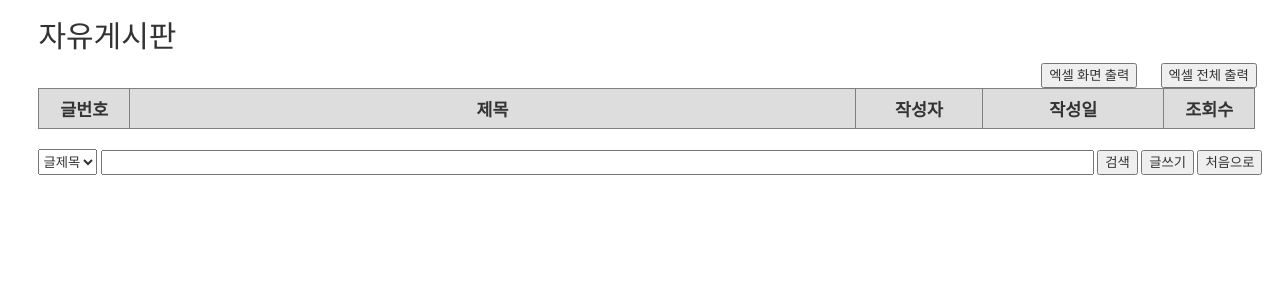
Repository: sser98/bowtech
Page: http://localhost/Board/WEB-INF/views/tiles1/board/list.jsp
These files come from the project's save history. The page is drawn as it stood at one moment and after the next save; the edit follows.
The browser window is 1280 px wide. The pictures show the whole page.
The page is served by Tomcat 9. Nobody is signed in. Other server files are loaded and not shown. The template is opened directly, without the code that normally fills it, so the values that code supplies are empty.

Above is the page before, as saved 2021-03-09 08:47:14.

### Board/src/main/webapp/WEB-INF/views/tiles1/board/list.jsp
<%@ page language="java" contentType="text/html; charset=UTF-8"
    pageEncoding="UTF-8"%>

<%@ taglib prefix="c" uri="http://java.sun.com/jsp/jstl/core" %>
<%@ taglib prefix="fmt" uri="http://java.sun.com/jstl/fmt" %>
<%@ taglib prefix="fn" uri="http://java.sun.com/jsp/jstl/functions" %>
<% String ctxPath = request.getContextPath(); %>

  <script src="https://ajax.googleapis.com/ajax/libs/jquery/3.5.1/jquery.min.js"></script>
  <script src="https://maxcdn.bootstrapcdn.com/bootstrap/3.4.1/js/bootstrap.min.js"></script>
  <link rel="stylesheet" href="https://maxcdn.bootstrapcdn.com/bootstrap/3.4.1/css/bootstrap.min.css">

<style type="text/css">

	* {
		font-family: "제주고딕";
		font-size: 10pt;
	}

	th {
		font-size: 13pt;
	}

	td {
		font-family: "제주고딕";
		font-size: 10pt;
	}

   table, th, td {border: solid 1px gray;}


    #table {width: 98%; border-collapse: collapse;}
    #table th, #table td {padding: 5px;}
    #table th {background-color: #DDD;}
    .subjectStyle {font-weight: bold;
                   color: navy;
                   cursor: pointer;}


    #searchWord {
    	width: 80%;
    }

    tr {
    	height: 30pt;
    }

    div#mycontent {
	    min-height: 600px;
	    padding-top: 20px;
    }

</style>

<script type="text/javascript">

   $(document).ready(function(){


      $("span.subject").bind("mouseover", function(event){
         var $target = $(event.target);
         $target.addClass("subjectStyle");

      });


      $("span.subject").bind("mouseout", function(event){
         var $target = $(event.target);
         $target.removeClass("subjectStyle");
      });


      $("input#searchWord").keyup(function(event){
         if(event.keyCode == 13) {
            // 엔터를 했을 경우
            goSearch();
         }

      });

      $("div#displayList").hide();

     // === #107. 검색어 입력시 자동글 완성하기 2 === //
      $("div#displayList").hide();
      $("input#searchWord").keyup(function(){

         var wordLength = $(this).val().length;
         // 검색어의 길이를 알아온다.

         if(wordLength == 0) {
            $("div#displayList").hide();
            // 검색어 입력후 백스페이스키를 눌러서 검색어를 모두 지우면 검색된 내용이 안 나오도록 해야 한다.
         }

         else {
            $.ajax({
               url:"<%= request.getContextPath()%>/wordSearchShow.action",
               type:"GET",
               data:{"searchType":$("select#searchType").val()
                   ,"searchWord":$("input#searchWord").val()},
               dataType:"JSON",
               success:function(json){
                  // === #112. 검색어 입력시 자동글 완성하기 7 === //
                  if(json.length > 0) {
                     // 검색된 데이터가 있는 경우임.

                     var html = "";

                     $.each(json, function(index, item){
                        var word = item.word;
                        var index = word.toLowerCase().indexOf($("input#searchWord").val().toLowerCase());
                        var len = $("input#searchWord").val().length;
                        var result = "<span style='color:blue;'>"+word.substr(0, index)+"</span><span style='color:red;'>"+word.substr(index, len)+"</span><span style='color:blue;'>"+word.substr(index+len)+"</span>";
                        html += "<span style='cursor:pointer;' class='result'>"+result+"</span><br>";
                     });

                     $("div#displayList").html(html);
                     $("div#displayList").show();

                  }
               },

               error: function(request, status, error){
                  alert("code: "+request.status+"\n"+"message: "+request.responseText+"\n"+"error: "+error);
                }
            });
         }

      });// end of $("input#searchWord").keyup()-----------------


     // === #113. 검색어 입력시 자동글 완성하기 8 === //
      $(document).on("click",".result",function(){
         var word = $(this).text();
         $("input#searchWord").val(word); // 텍스트박스에 검색된 결과의 문자열을 입력해준다.
         $("div#displayList").hide();
         goSearch();
      });



      // 검색시 검색조건 및 검색어 값 유지시키기
      if( ${not empty paraMap} ) {  // 또는 if( ${paraMap != null} ) {
         $("select#searchType").val("${paraMap.searchType}");
         $("input#searchWord").val("${paraMap.searchWord}");
      }




	   ///// === Excel 파일로 다운받기 시작 === /////
	   $("button#btnAllExcel").click(function(){


		   alert("AllExcel을 클릭 하였습니다.");
		   var frm = document.searchFrm;
		   frm.method = "POST";
		   frm.action = "<%= request.getContextPath()%>/downloadExcelFile.action";
		   frm.submit();
	   });

	   ///// === Excel 파일로 다운받기 끝 === /////

	   ///// === Excel 파일로 다운받기 시작 === /////
	   $("button#btnPageExcel").click(function(){

		   $("input#downLoadType").val("Y");
		   alert("PageExcel을 클릭 하였습니다.");
		   var frm = document.searchFrm;
		   frm.method = "POST";
		   frm.action = "<%= request.getContextPath()%>/downloadExcelFile.action";
		   frm.submit();

		   $("input#downLoadType").val("");
	   });

	   ///// === Excel 파일로 다운받기 끝 === /////

   });// end of $(document).ready(function(){})-------------------


   function goView(seq) {

      // === #124. 페이징 처리되어진 후 특정 글제목을 클릭하여 상세내용을 본 이후
      //           사용자가 목록보기 버튼을 클릭했을때 돌아갈 페이지를 알려주기 위해
      //           현재 페이지 주소를 뷰단으로 넘겨준다.
      var frm = document.goViewFrm;
      frm.seq.value = seq;

      var word=$("input#searchWord").val();
      var type=$("select#searchType").val();

      $("input[name=type]").val(type);
      $("input[name=word]").val(word);

      frm.method = "GET";
      frm.action = "<%= ctxPath%>/view.action";
      frm.submit();

   }// end of function goView(seq){}----------------------------------------------


   function goSearch() {
      var frm = document.searchFrm;
      frm.method = "GET";
      frm.action = "<%= request.getContextPath()%>/list.action";
      frm.submit();
   }// end of function goSearch() {}-----------------------


   function Write() {

	   location.href="<%=ctxPath%>/add.action";
   }


   function list() {

	   location.href="<%=ctxPath%>/list.action";
   }








</script>


<div style="padding-left: 3%;">
   <h2 style="margin-top: 20px;">자유게시판</h2>
   	<button id="btnAllExcel" title="엑셀 화면 출력" style="float: right; margin-right: 17.4pt;">엑셀 전체 출력</button>
   	<button id="btnPageExcel" title="엑셀 전체 출력" style="float: right; margin-right: 17.4pt;">엑셀 화면 출력</button>
   <table id="table">

      <tr>
         <th class="number" style="width: 50px;  text-align: center;">글번호</th>
         <th class="title"  style="width: 400px; text-align: center;">제목</th>
         <th class="author" style="width: 70px;  text-align: center;">작성자</th>
         <th class="registerdate" style="width: 100px; text-align: center;">작성일</th>
         <th class="viewcount" style="width: 50px;  text-align: center;">조회수</th>
      </tr>



      <c:forEach var="boardvo" items="${boardList}" varStatus="i">

	      <c:set var="subjectVal" value="${boardvo.subject}"/>
	      <c:set var="date" value="${boardvo.regDate}"/>
	      <c:set var="status" value="${boardvo.status}"/>
	      <c:set var="m" value="${i.index}"/>
	      <c:set var="num" value="${number-m}"/>

        <%-- === 글이 삭제된 경우 === --%>
        <c:choose>
	        <c:when test="${boardvo.status == 0}">
	        	<tr>
            	<td align="center">${num}</td>
	          	<td align="left">

	               <%-- 답변글이 아닌 원글인 경우 --%>
	               <c:if test="${boardvo.depthno == 0}">
							<span class="subject" style="color: gray;">작성자에 의해 삭제된 글입니다.</span>
	               </c:if>

	               <%-- 답변글인 경우 --%>
	               <c:if test="${boardvo.depthno > 0}">
	                  <span class="subject" style="color: gray;"><span style=" font-style: italic; padding-left: ${boardvo.depthno * 20}px;">└Re&nbsp;</span>작성자에 의해 삭제된 글입니다.</span>
	               </c:if>
	            </td>

	             <%-- === 댓글쓰기 및 답변형 및 파일첨부가 있는 게시판 끝 === --%>
			     <td align="center"><c:out value="${boardvo.name}"></c:out></td>
			     <td align="center">${fn:substring(date,0,10)}</td>
			     <td align="center">${boardvo.readCount}</td>
			  </tr>
	      	 </c:when>

	      	 <c:otherwise>
	      		<tr>
            	<td align="center">${num}</td>
	          	<td align="left">

			          <%-- === 댓글쓰기 및 답변형 및 파일첨부가 있는 게시판 시작 === --%>

			          <%-- 첨부파일이 없는 경우 --%>
			          <c:if test="${boardvo.fileName eq '0'}">
			               <%-- 답변글이 아닌 원글인 경우 --%>
			               <c:if test="${boardvo.depthno == 0}">
			                  <c:if test="${boardvo.commentCount > 0}">
									<span class="subject" onclick="goView('${boardvo.seq}')"><c:out value="${subjectVal}"></c:out><span style="vertical-align: super;">[<span style="color: red; font-size: 9pt; font-style: italic; font-weight: bold;">${boardvo.commentCount}</span>]</span> </span>
			                  </c:if>

			                  <c:if test="${boardvo.commentCount == 0}">

			                  	<c:choose>
			                  	<c:when test="${fn:length(subjectVal) > 60}">
			                  		<span class="subject" onclick="goView('${boardvo.seq}')"><c:out value=" ${fn:substring(subjectVal,0,60)}..."></c:out> </span>
			                  	</c:when>

			                  	<c:otherwise>
			                  		<span class="subject" onclick="goView('${boardvo.seq}')"><c:out value="${boardvo.subject}"></c:out></span>
			                  	</c:otherwise>
			                  	</c:choose>
			                </c:if>
			          </c:if>


			               <%-- 답변글인 경우 --%>
			               <c:if test="${boardvo.depthno > 0}">

			                  <c:if test="${boardvo.commentCount > 0}">
			                  <span class="subject" onclick="goView('${boardvo.seq}')"><span style="color: red; font-style: italic; padding-left: ${boardvo.depthno * 20}px;">└Re&nbsp;</span>${boardvo.subject} <span style="vertical-align: super;">[<span style="color: red; font-size: 9pt; font-style: italic; font-weight: bold;">${boardvo.commentCount}</span>]</span> </span>
			                  </c:if>

			                  <c:if test="${boardvo.commentCount == 0}">
			                  <span class="subject" onclick="goView('${boardvo.seq}')"><span style="color: red; font-style: italic; padding-left: ${boardvo.depthno * 20}px;">└Re&nbsp;</span>${boardvo.subject}</span>
			                  </c:if>
			               </c:if>
			          </c:if>


			          <%-- 첨부파일이 있는 경우 --%>
			          <c:if test="${boardvo.fileName ne '0'}">

			               <%-- 답변글이 아닌 원글인 경우 --%>
			               <c:if test="${boardvo.depthno == 0}">

			                  <c:if test="${boardvo.commentCount > 0}">

			                  <span class="subject" onclick="goView('${boardvo.seq}')">${boardvo.subject} <span style="vertical-align: super;">[<span style="color: red; font-size: 9pt; font-style: italic; font-weight: bold;">${boardvo.commentCount}</span>]</span> </span> &nbsp;<img src="<%= request.getContextPath()%>/resources/images/disk.gif" />
			                  </c:if>
			                  <c:if test="${boardvo.commentCount == 0}">
			                  <span class="subject" onclick="goView('${boardvo.seq}')">${boardvo.subject}</span> &nbsp;<img src="<%= request.getContextPath()%>/resources/images/disk.gif" />
			                  </c:if>
			               </c:if>

			               <%-- 답변글인 경우 --%>
			               <c:if test="${boardvo.depthno > 0}">
			                  <c:if test="${boardvo.commentCount > 0}">
			                  <span class="subject" onclick="goView('${boardvo.seq}')"><span style="color: red; font-style: italic; padding-left: ${boardvo.depthno * 20}px;">└Re&nbsp;</span>${boardvo.subject} <span style="vertical-align: super;">[<span style="color: red; font-size: 9pt; font-style: italic; font-weight: bold;">${boardvo.commentCount}</span>]</span> </span> &nbsp;<img src="<%= request.getContextPath()%>/resources/images/disk.gif" />
			                  </c:if>

			                  <c:if test="${boardvo.commentCount == 0}">
			                  <span class="subject" onclick="goView('${boardvo.seq}')"><span style="color: red; font-style: italic; padding-left: ${boardvo.depthno * 20}px;">└Re&nbsp;</span>${boardvo.subject}</span> &nbsp;<img src="<%= request.getContextPath()%>/resources/images/disk.gif" />
			                  </c:if>
			               </c:if>
			          </c:if>


			     </td>
			     		<%-- === 댓글쓰기 및 답변형 및 파일첨부가 있는 게시판 끝 === --%>
			            <td align="center"><c:out value="${boardvo.name}"></c:out></td>
			            <td align="center">${fn:substring(date,0,10)}</td>
			            <td align="center">${boardvo.readCount}</td>
			  </tr>
			 </c:otherwise>
      	</c:choose>
      </c:forEach>
   </table>

   <%-- === #122. 페이지바 보여주기 === --%>
   <div align="center" style="width: 70%; border: solid 0px gray; margin: 20px auto;">
      ${pageBar}
   </div>


   <%-- ~~~~~~~~~~~~~~~~~~~~~~~~~~~~~~~~~~~~~~~~~~~~~~~~~~~
             페이징 처리되어진 후 특정 글제목을 클릭하여 상세내용을 본 이후
        사용자가 목록보기 버튼을 클릭했을때 돌아갈 페이지를 알려주기 위해
        현재 페이지 주소를 뷰단으로 넘겨준다. --%>

   <form name="goViewFrm">
      <input type="hidden" name="seq" />
      <input type="hidden" name="gobackURL" style="width: 100%;" value="${gobackURL}"/>
   </form>

   <%-- === #101. 글검색 폼 추가하기 : 글제목, 글쓴이로 검색을 하도록 한다. === --%>
   <form name="searchFrm"  style="margin-bottom: 20px;">
      <select title="검색유형을 선택하세요" name="searchType" id="searchType" style="height: 26px;">
         <option value="subject" title="글제목" selected>글제목</option>
         <option value="name" title="글쓴이" >글쓴이</option>
      </select>
      <input type="text" title="검색어 입력" name="searchWord" id="searchWord" size="40" autocomplete="off" />
      <input type="hidden" name="downLoadType" id="downLoadType"/>
      <button type="button" title="검색" onclick="goSearch();">검색</button>
      <button type="button" title="글쓰기 " onclick="Write();" >글쓰기</button>
      <button type="button" title="처음으로" onclick="list();" >처음으로</button>
   </form>

   <%-- === #106. 검색어 입력시 자동글 완성하기 1 === --%>
   <div id="displayList" style="border:solid 1px gray; border-top:0px; width:326px; height:100px; margin-left:70px; margin-top:-1px; overflow:auto;">
   </div>

</div>

After the next save:
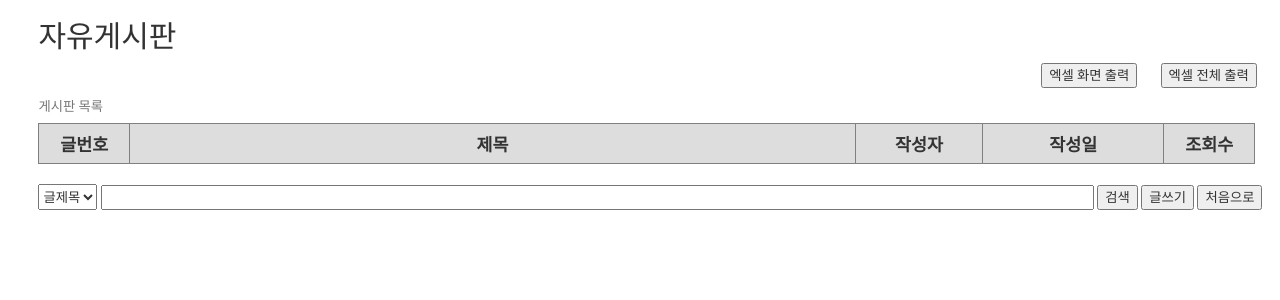
Saved 2 min 52 s later.
--- a/Board/src/main/webapp/WEB-INF/views/tiles1/board/list.jsp
+++ b/Board/src/main/webapp/WEB-INF/views/tiles1/board/list.jsp
@@ -234,7 +234,7 @@
    	<button id="btnAllExcel" title="엑셀 화면 출력" style="float: right; margin-right: 17.4pt;">엑셀 전체 출력</button>
    	<button id="btnPageExcel" title="엑셀 전체 출력" style="float: right; margin-right: 17.4pt;">엑셀 화면 출력</button>
    <table id="table">
-
+   	<caption>게시판 목록</caption>
       <tr>
          <th class="number" style="width: 50px;  text-align: center;">글번호</th>
          <th class="title"  style="width: 400px; text-align: center;">제목</th>
